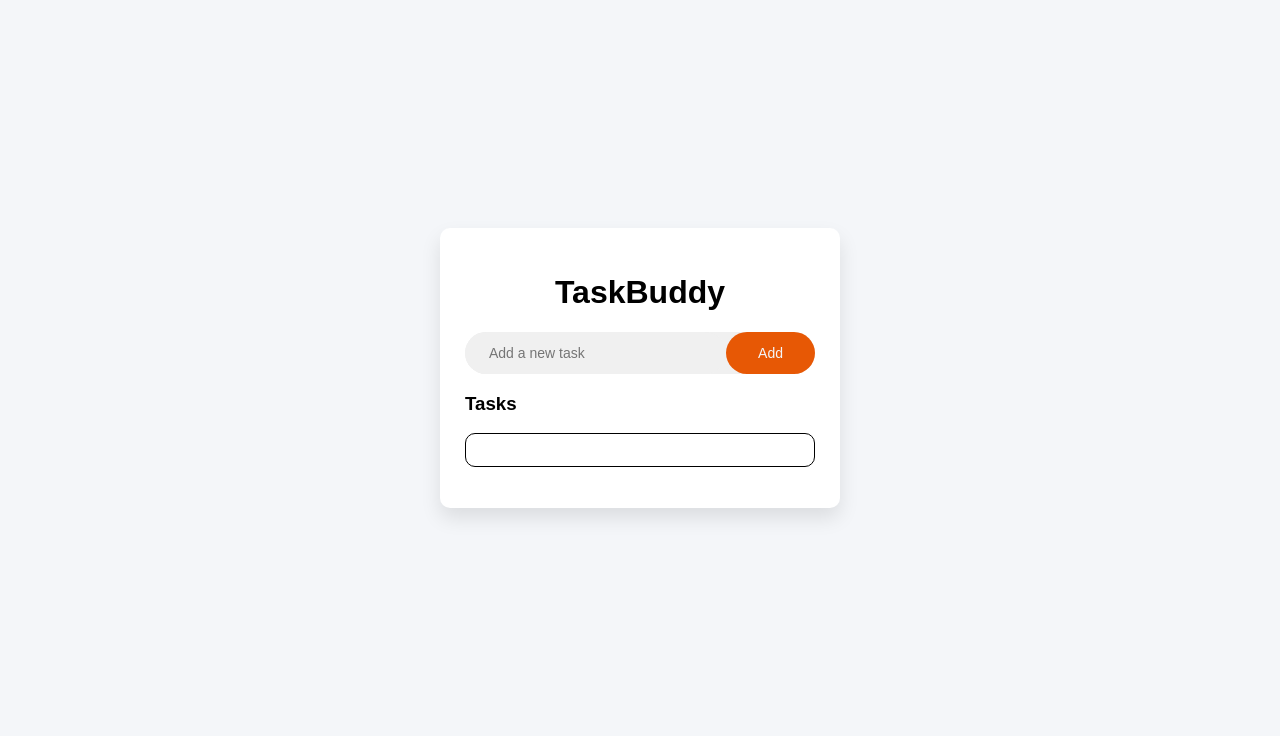
Repository: yogeshnandwani/taskbuddy-todo
Page: index.html
An editor plug-in stored every save of this project. The page is shown before and after the next save, followed by the edit.
The browser window is 1280 px wide. The pictures show the whole page.

Above is the page before, as saved 2026-03-16 20:09:19.

After the next save:
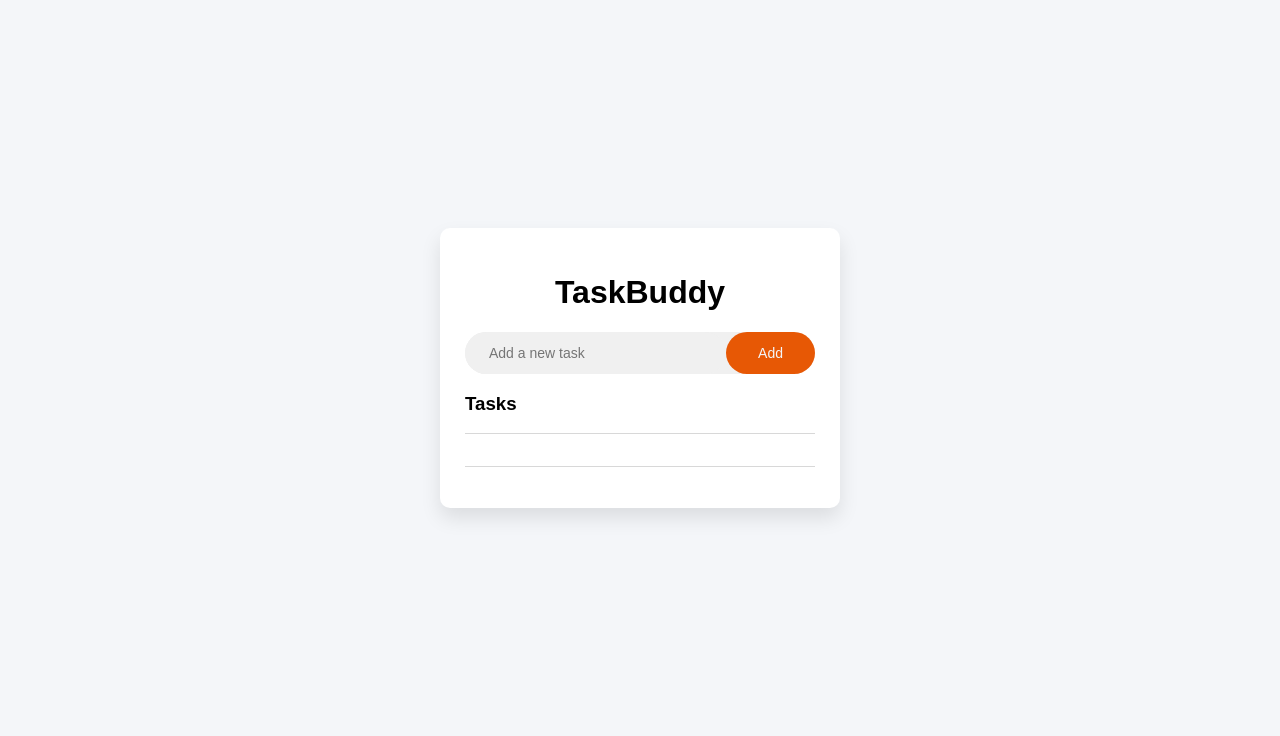
Saved 64 s later.
--- a/css/style.css
+++ b/css/style.css
@@ -50,14 +50,14 @@ input:focus{
 }
 
 ul{
-    border-radius: 10px;
     display: flex;
     padding: 1rem;
     gap: 10px;
     flex-direction: column;
     justify-content: center;
     align-items: center;
-    border: 1px solid #000;
+    border-top: 1px solid #00000027;
+    border-bottom: 1px solid #00000027;
 }
 
 ul .heading{
